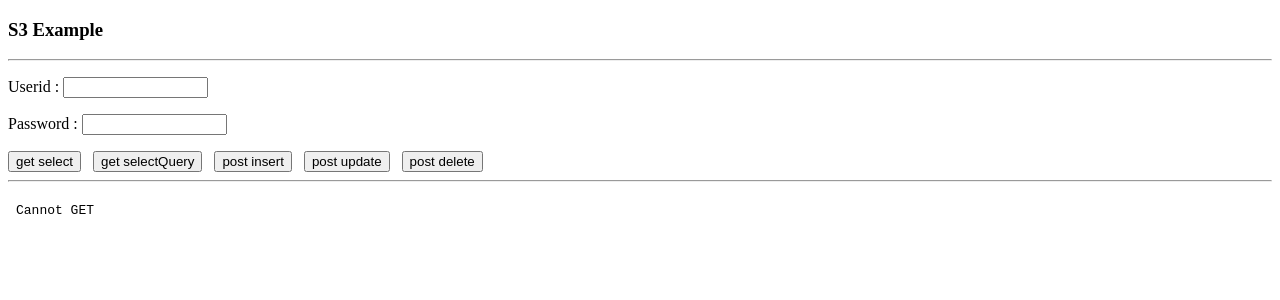
Repository: HanJongWu/allnew
Page: node/s3_list/public/index.html
The author's editor kept a record of every edit. The page is drawn from the files as they stood at one moment, then again after the next edit.
The browser window is 1280 px wide. The pictures show the whole page.

Above is the page before.
Not found: hello

After the next edit:
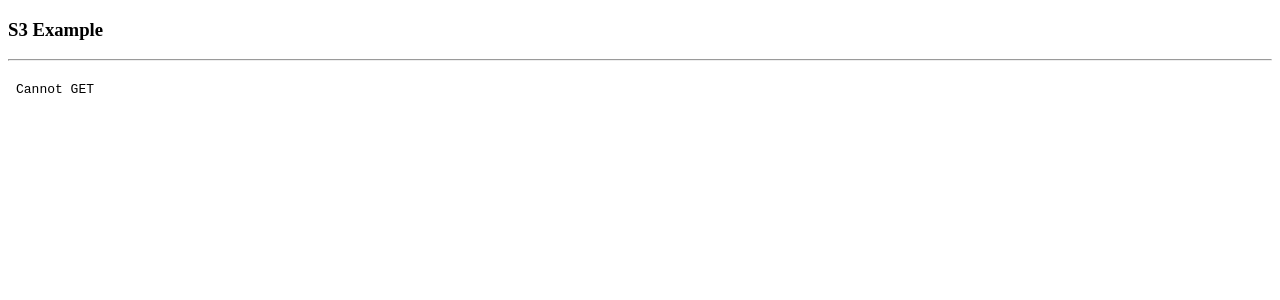
The edit:
--- a/node/s3_list/public/index.html
+++ b/node/s3_list/public/index.html
@@ -5,17 +5,7 @@
         <title>S3 Example</title>
     </head>
     <body>
-    <h3>S3 Example</h3>
-    <hr />
-        <form action = "/insert" target= "gargetURL" name = "userForm" method="post">
-            <p>Userid : <input type="text" size = "15" name = "id" /> <br /></p>
-            <p></p>Password : <input type="password" size="15" name="pw" /> <br /></p>
-            <input type ="button" value="get select" onclick='document.targetURL.location.href="/select"' />&nbsp;&nbsp;
-            <input type="button" value="get selectQuery" onclick='document.targetURL.location.href="/selectQuery?UserID=" + document.userForm.id.value' />&nbsp;&nbsp;
-            <input type ="submit" value = "post insert" onclik=  />&nbsp;&nbsp;
-            <button type = "submit" formaction="/update">post update</button>&nbsp;&nbsp;
-            <button type = "submit" formaction="/delete">post delete</button>&nbsp;&nbsp;
-        </form>
+        <h3>S3 Example</h3>
         <hr />
         <iframe name = "targetURL" width="70%" height="500" style="border:none";
         src = "/hello"></iframe>&nbsp;&nbsp;
